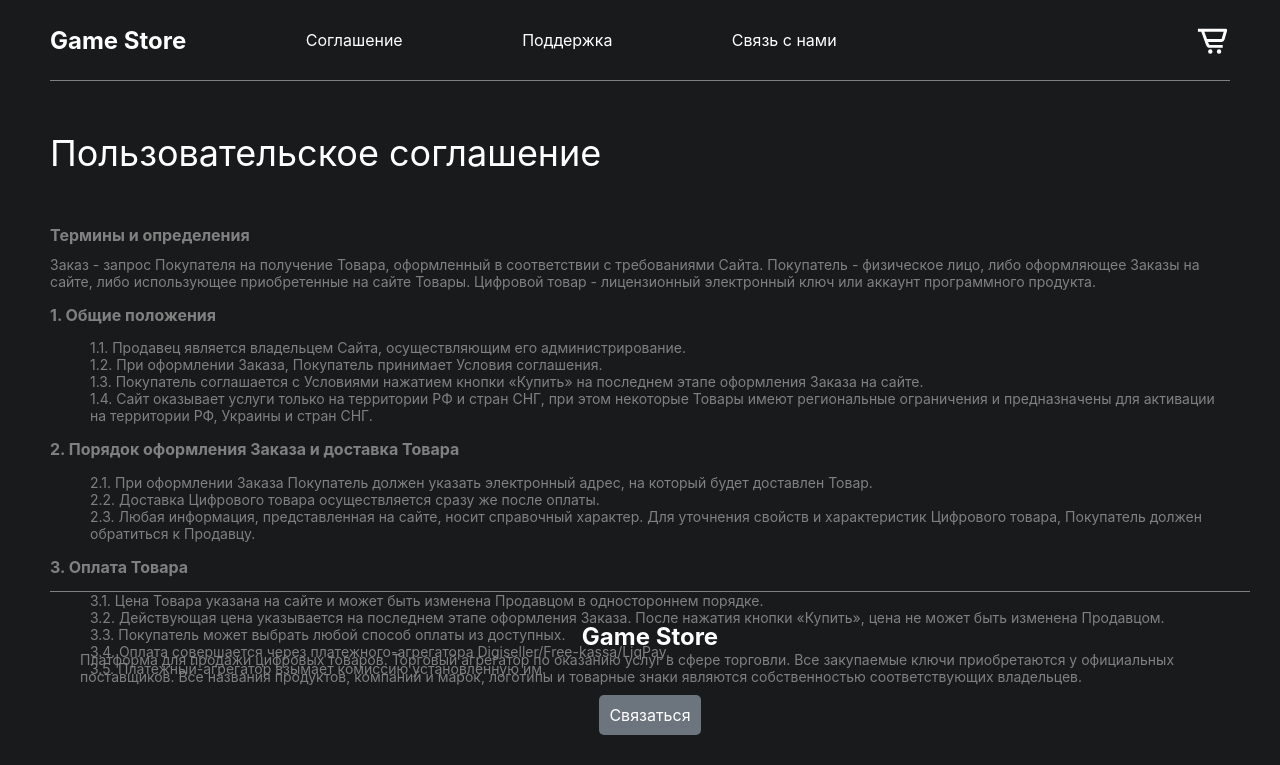
Repository: Minkeani/GameStore
Page: /agreement
An editor plug-in stored every save of this project. The page is shown before and after the next save, followed by the edit.
The browser window is 1280 px wide. The pictures show the whole page.
The project was rebuilt for these pictures with package versions that can differ from the ones it lists, and the page was loaded fresh each time. Also part of the build but not shown: src/components/ItemsInCart/ItemsInCart.css, src/components/ItemsInCart/ItemsInCart.jsx, src/components/CartMenu/CartMenu.css, src/components/Btn/Btn.css, src/components/Btn/Btn.jsx, src/components/CartItem/CartItem.css, src/components/CartItem/CartItem.jsx, src/components/utils/utils.js and 18 more.

Above is the page before, as saved 2022-09-11 11:49:41.

After the next save:
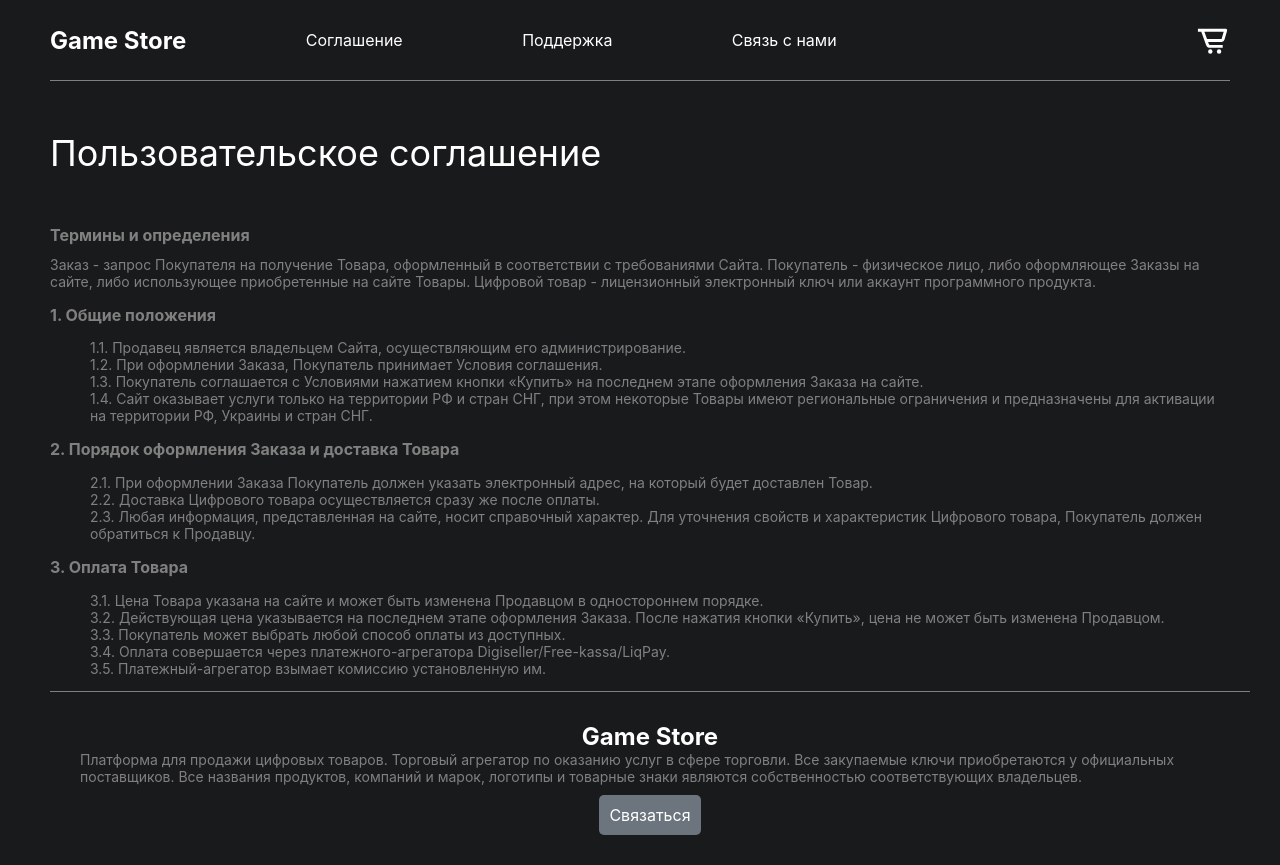
Saved 69 s later.
--- a/src/components/Footer/Footer.css
+++ b/src/components/Footer/Footer.css
@@ -2,7 +2,6 @@
     height: 100%;
     padding: 10px;
     width: 100%;
-    margin: -100px auto 0;
     display: flex;
     flex-grow: 1;
     position: relative;
